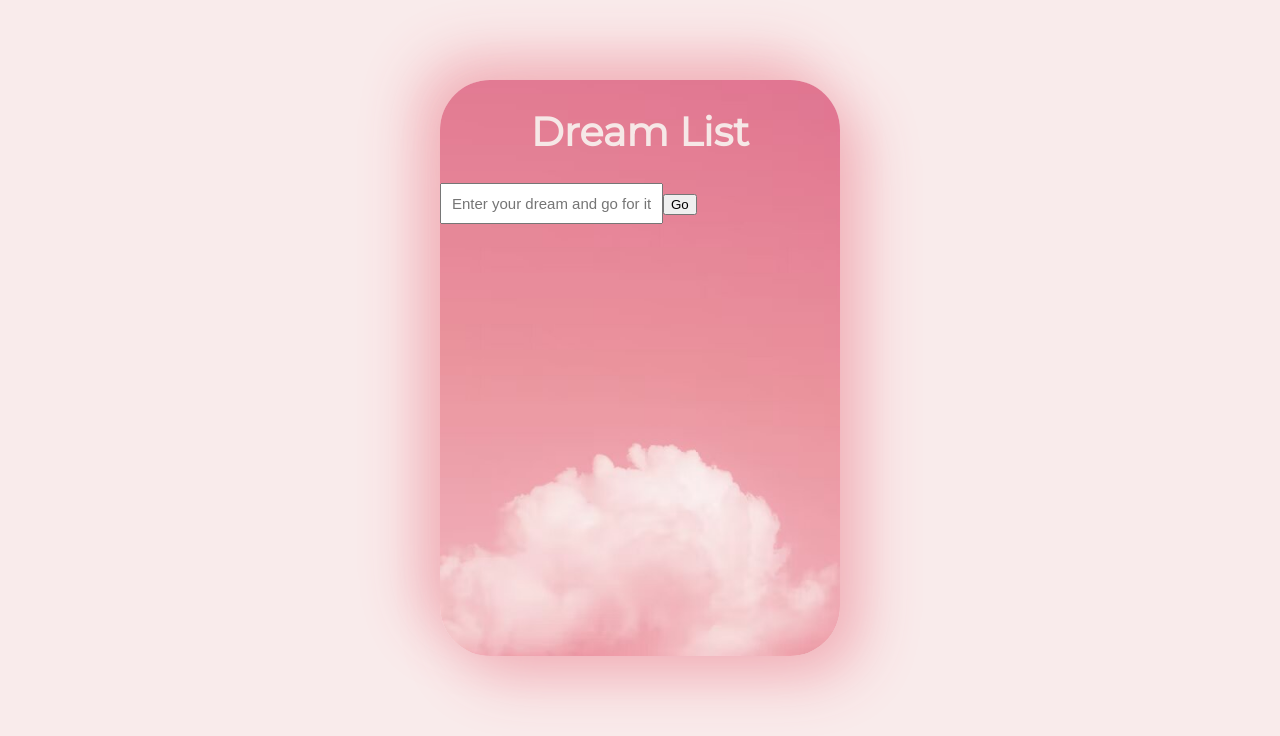
Repository: asya-aisa/grocery-list
Page: /
The author's editor kept a copy of each file at every save. The page is drawn from the files as they stood at one save, then again after a run of saves.
The browser window is 1280 px wide. The pictures show the whole page.
The project was rebuilt for these pictures with package versions that can differ from the ones it lists, and the page was loaded fresh each time.

Above is the page before, as saved 2023-07-14 16:15:03.

After the next 3 saves:
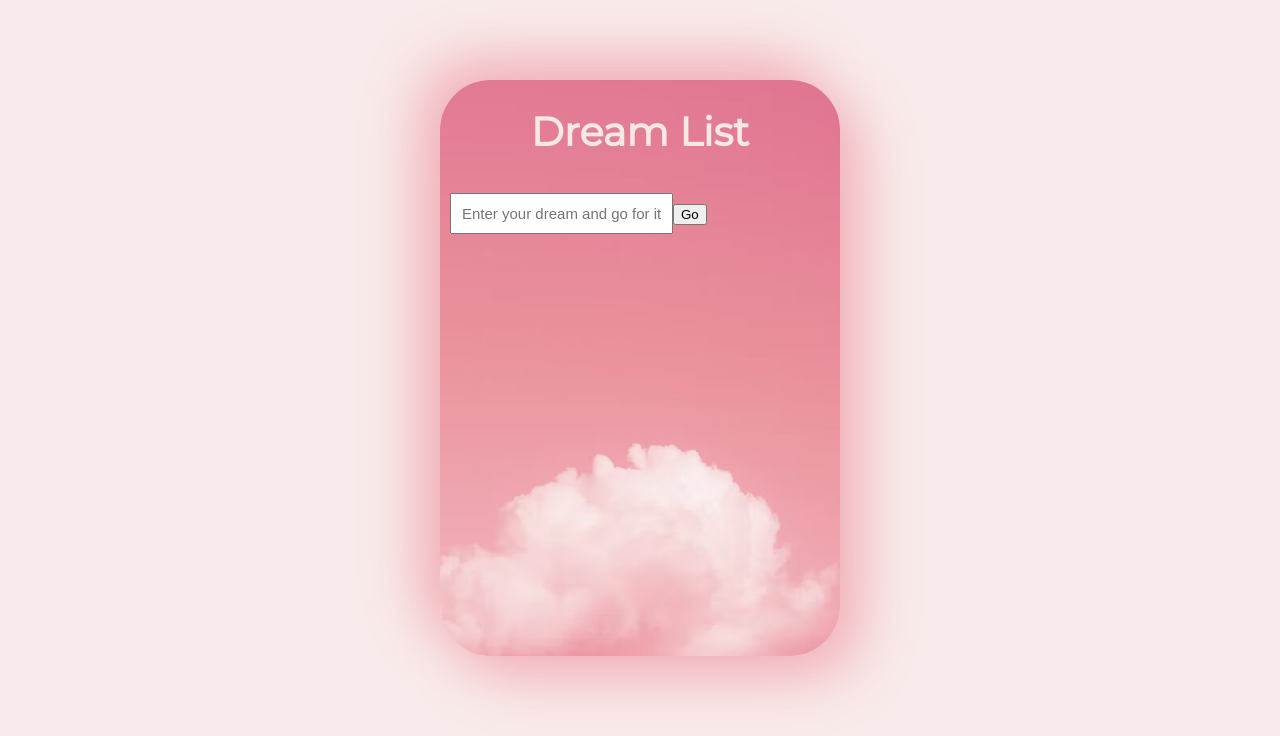
The 3 saves are shown as one change because they came seconds apart.
The last was saved 17 s later.
--- a/src/App.css
+++ b/src/App.css
@@ -28,3 +28,6 @@ input {
   padding: 10px;
   font-size: 15px;
 }
+.container-input {
+  margin: 10px;
+}

After the save that followed:
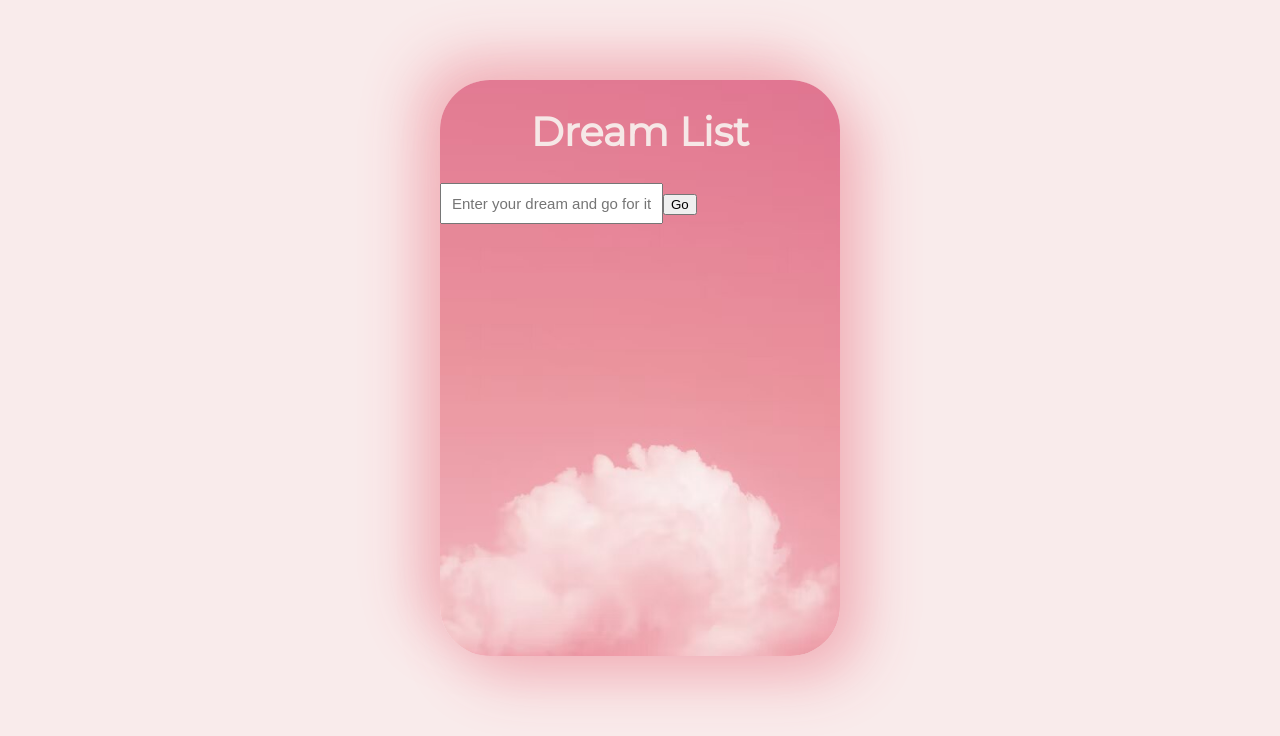
Saved 36 s later.
--- a/src/App.css
+++ b/src/App.css
@@ -29,5 +29,5 @@ input {
   font-size: 15px;
 }
 .container-input {
-  margin: 10px;
+
 }
